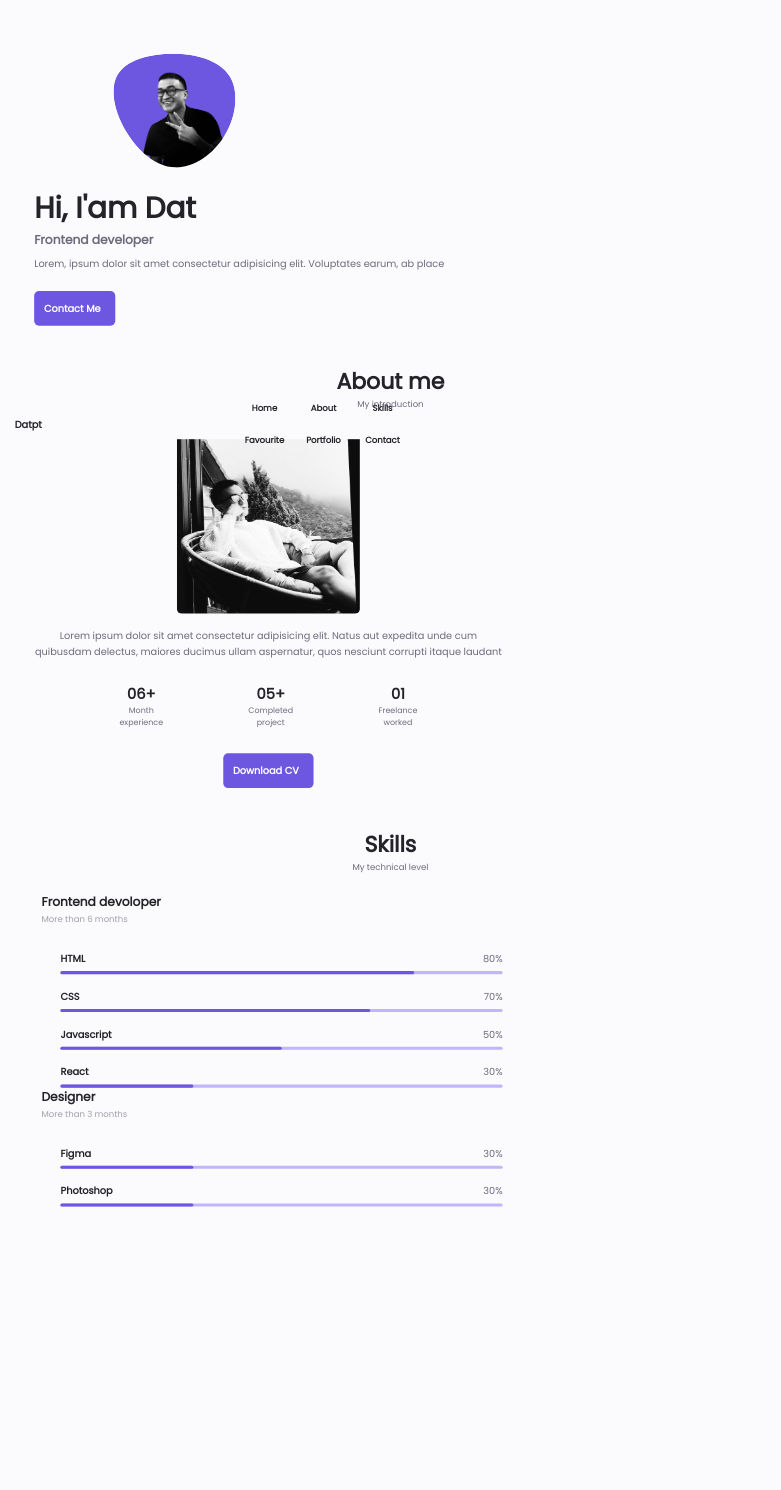
Repository: Datt21/portfolio
Page: index.html
The author's editor kept a copy of each file at every save. The page is drawn from the files as they stood at one save, then again after the next save.
The browser window is 1280 px wide. The pictures show the whole page, at 61% of full size.
Some icons come from a web library that is not loaded, so they are not drawn.

Above is the page before, as saved 2021-07-10 17:33:30.

After the next save:
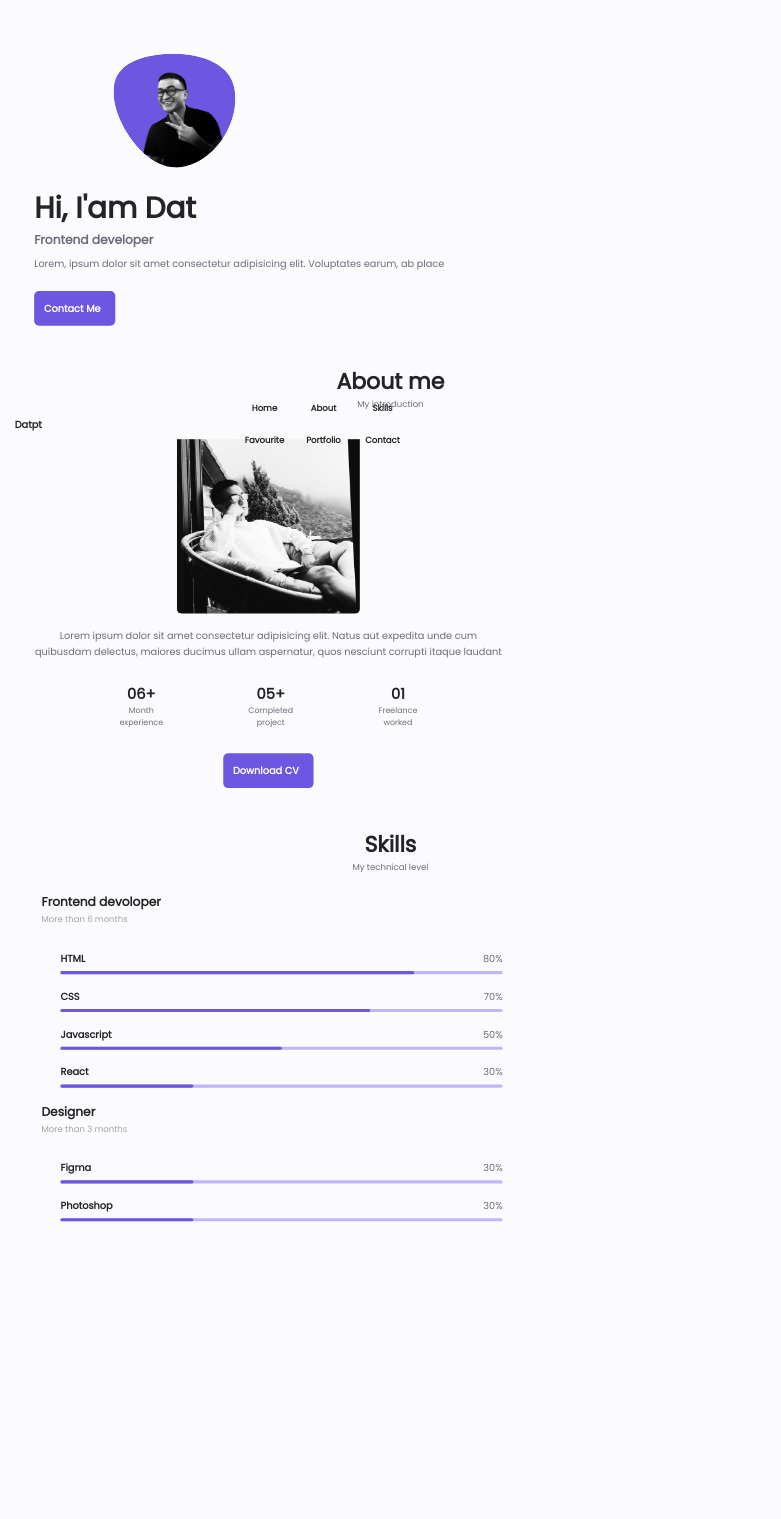
Saved 119 s later.
--- a/Css/style.css
+++ b/Css/style.css
@@ -401,6 +401,10 @@ img{
     margin-right: var(--mb-0-75);
 }
 
+.skills__content{
+    margin-bottom: var(--mb-1-5);
+}
+
 .skills__title{
     font-size: var(--h3-font-size);
 }
